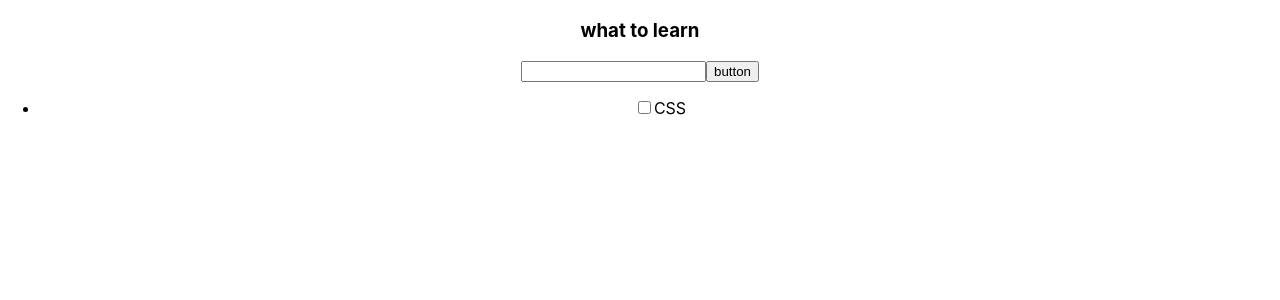
Repository: Grid-Master/myTrello
Page: /
The author's editor kept a copy of each file at every save. The page is drawn from the files as they stood at one save, then again after the next save.
The browser window is 1280 px wide. The pictures show the whole page.
The project was rebuilt for these pictures with package versions that can differ from the ones it lists, and the page was loaded fresh each time.

Above is the page before, as saved 2023-01-15 16:04:05.

After the next save:
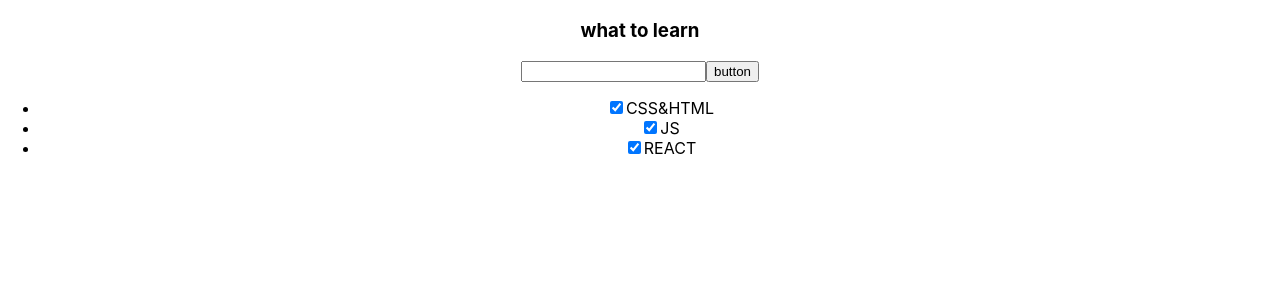
Saved 40 s later.
--- a/src/App.tsx
+++ b/src/App.tsx
@@ -18,7 +18,9 @@ function Todolist() {
       <button>button</button>
     </div>
     <ul>
-      <li><input type='checkbox' /><span>CSS</span></li>
+      <li><input type='checkbox' checked={true} /><span>CSS&HTML</span></li>
+      <li><input type='checkbox' checked={true} /><span>JS</span></li>
+      <li><input type='checkbox' checked={true} /><span>REACT</span></li>
     </ul>
   </div>)
 }
